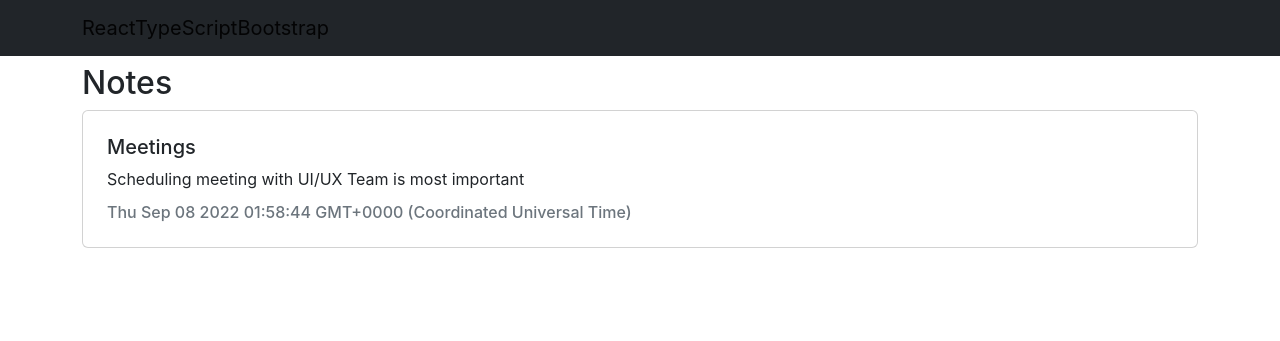
Repository: OmniaRafat232111121/notes
Page: /
These files come from the project's save history. The page is drawn as it stood at one moment and after a run of saves; the edit follows.
The browser window is 1280 px wide. The pictures show the whole page.
The project was rebuilt for these pictures with package versions that can differ from the ones it lists, and the page was loaded fresh each time. Also part of the build but not shown: src/App.css.

Above is the page before, as saved 2022-09-08 02:20:19.

After the next 23 saves:
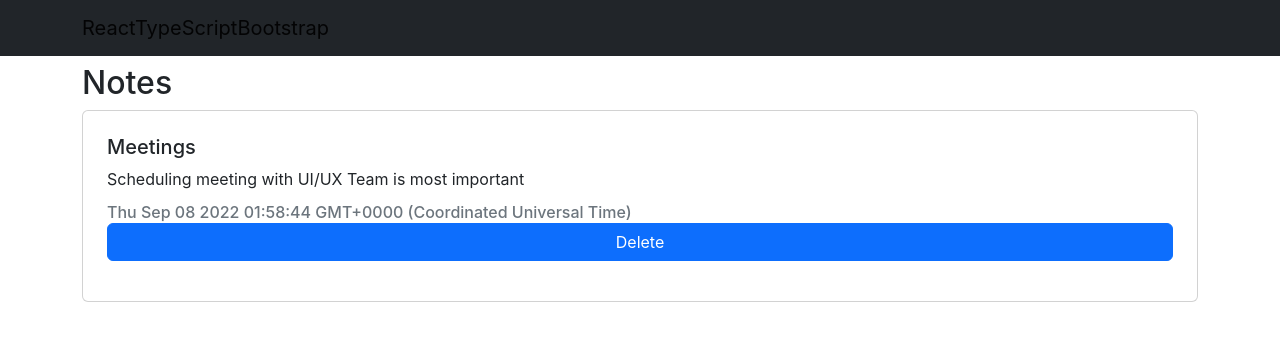
The 23 saves are shown as one change because 1 did not build or start and some came seconds apart.
The last was saved 57 s later.
--- a/src/components/Notes.tsx
+++ b/src/components/Notes.tsx
@@ -1,5 +1,5 @@
 import * as React from 'react';
-import {Card} from 'react-bootstrap'
+import {Card,Button} from 'react-bootstrap'
 import {Note} from '../modals/note.model'
 interface INotesProps {
     note:Note
@@ -18,6 +18,9 @@ const Notes: React.FunctionComponent<INotesProps> = ({note}) => {
         <Card.Subtitle className="text-muted">
          {note.date}
         </Card.Subtitle>
+        <Button className="mb-3">
+      Delete
+        </Button>
      </Card>
 
 </div>
